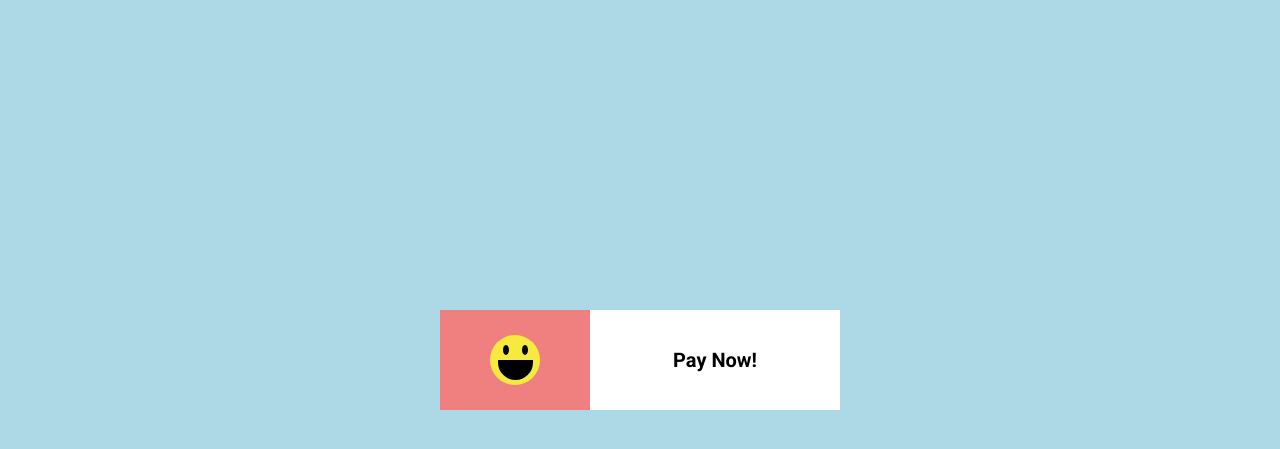
Repository: safak/animation
Page: index.html
These files come from the project's save history. The page is drawn as it stood at one moment and after the next save; the edit follows.
The browser window is 1280 px wide. The pictures show the whole page.

Above is the page before, as saved 2020-12-19 00:45:20.

After the next save:
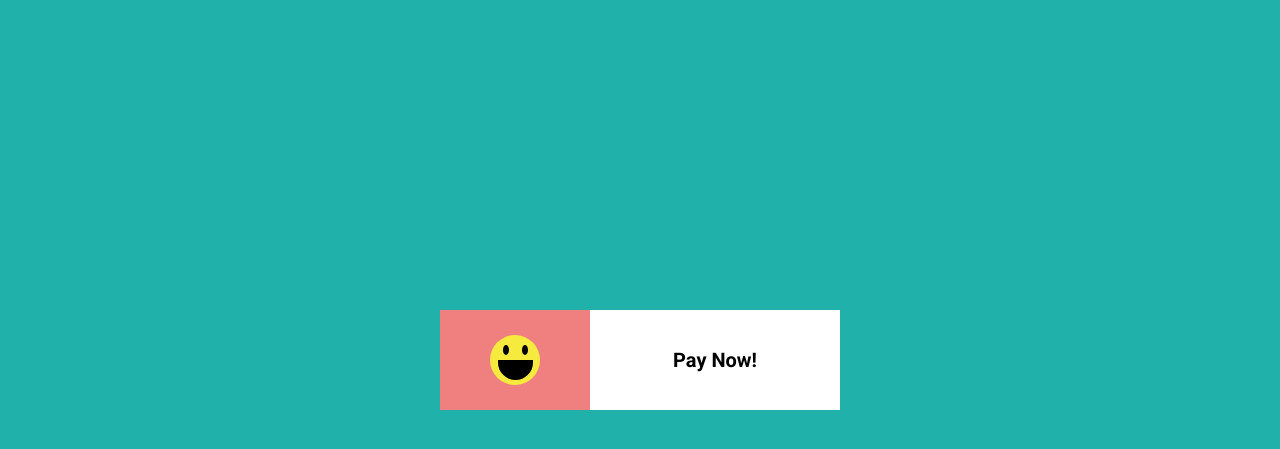
Saved 18 s later.
--- a/style.css
+++ b/style.css
@@ -8,7 +8,7 @@ body {
   align-items: center;
   justify-content: center;
   min-height: 100vh;
-  background: lightblue;
+  background: lightseagreen;
   font-family: "Roboto", sans-serif;
 }
 
